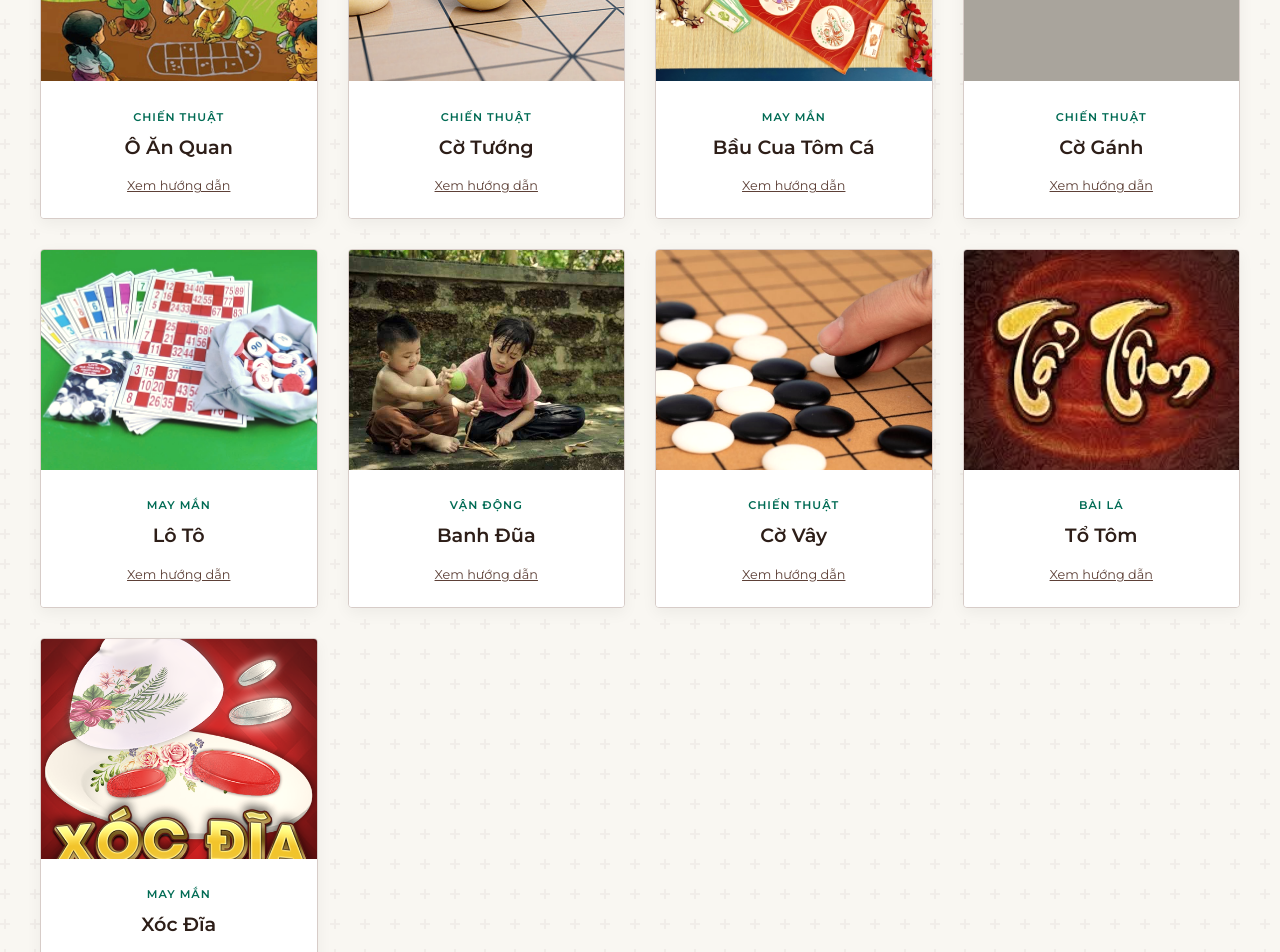
Repository: Lukas952003/Project-The-Heritage-Hub-Coffee-Marketing
Page: games.html
These files come from the project's save history. The page is drawn as it stood at one moment and after the next save; the edit follows.
The browser window is 1280 px wide. The pictures show the part of the page from y = 791 to 1743 px (the page is 2220 px tall).
Pictures or frames that could not be fetched are drawn as grey boxes. Backgrounds fixed to the window are drawn as part of the page.

Above is the page before, as saved 2025-12-28 21:43:12.

After the next save:
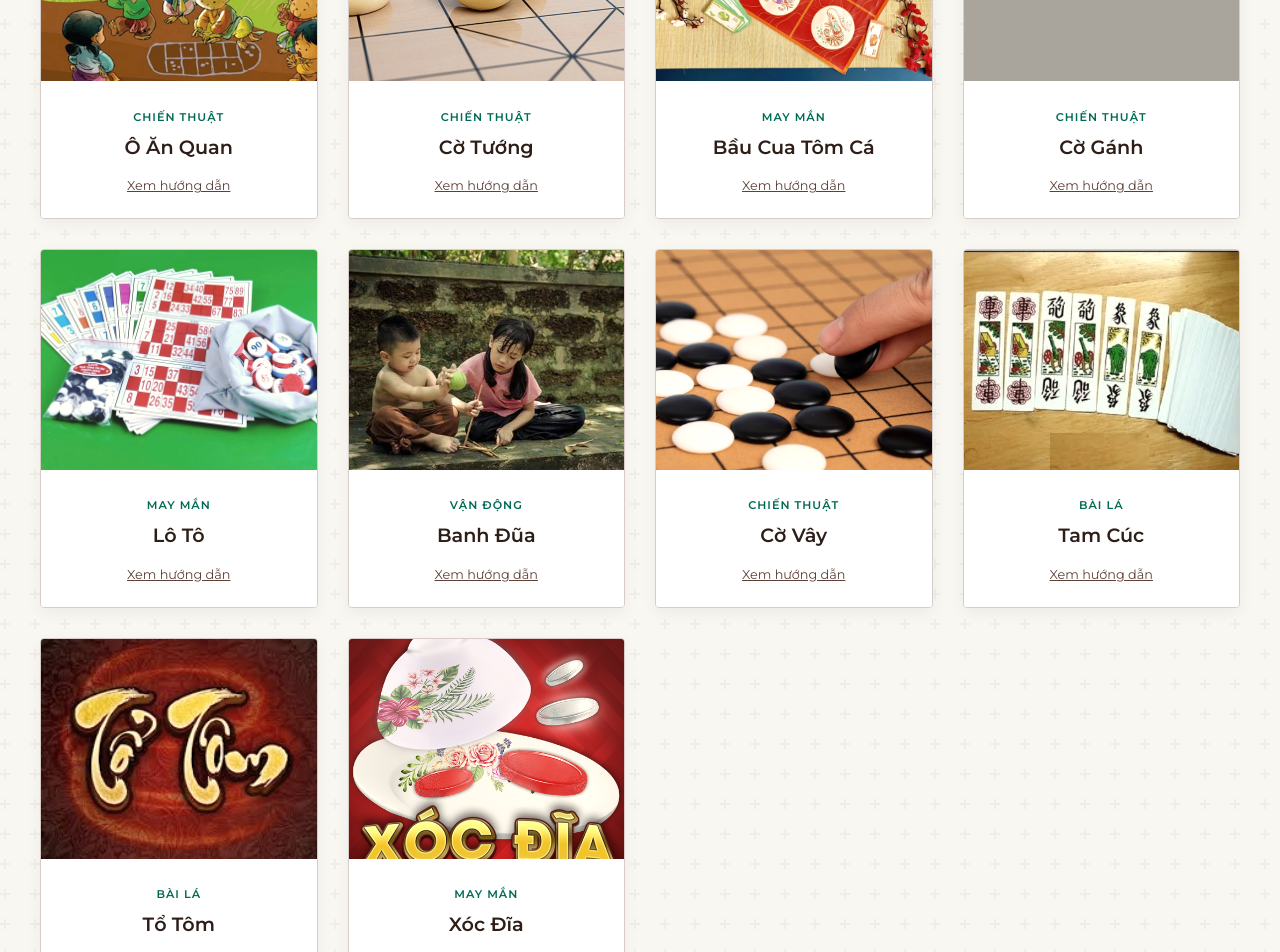
Saved 2 min 28 s later.
--- a/games.html
+++ b/games.html
@@ -646,6 +646,22 @@
           </div>
         </div>
 
+        <div
+          class="game-card"
+          data-cat="bai-la"
+          onclick="openModal(this)"
+          data-title="Tam Cúc"
+          data-img="./img/game-tam-cuc.jpg"
+          data-desc="Trò chơi bài lá truyền thống phổ biến trong các gia đình Bắc Bộ. Luật chơi đơn giản nhưng đậm tính chiến thuật."
+        >
+          <img src="./img/game-tam-cuc.jpg" class="game-thumb" />
+          <div class="game-info">
+            <span class="game-tag">Bài Lá</span>
+            <div class="game-title">Tam Cúc</div>
+            <span class="btn-play">Xem hướng dẫn</span>
+          </div>
+        </div>
+
         <div class="game-card" data-cat="bai-la">
           <img src="./img/game-to-tom.jpg" class="game-thumb" />
           <div class="game-info">
